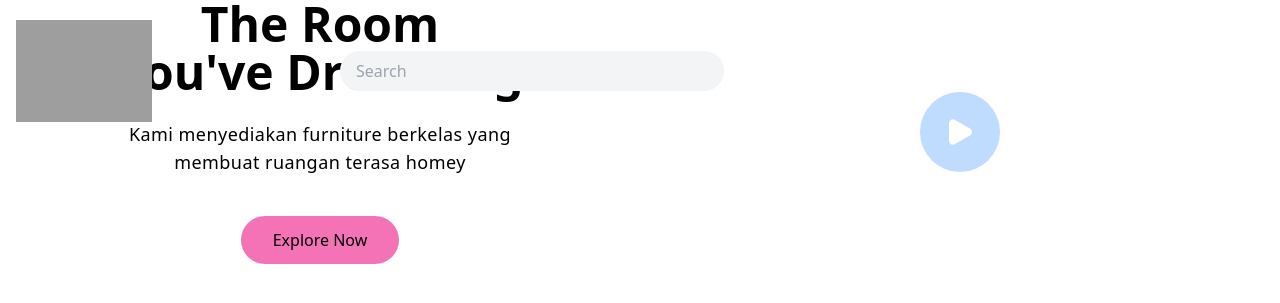
Repository: farrelmuhammad/anime-collections
Page: /
An editor plug-in stored every save of this project. The page is shown before and after the next save, followed by the edit.
The browser window is 1280 px wide. The pictures show the whole page.
Pictures or frames that could not be fetched are drawn as grey boxes. The page's requests for data from a server got no answer. The project was rebuilt for these pictures with package versions that can differ from the ones it lists, and the page was loaded fresh each time. No one was signed in, and anything a server would have sent is missing. Also part of the build but not shown: src/App.css.

Above is the page before, as saved 2023-08-03 23:35:53.

After the next save:
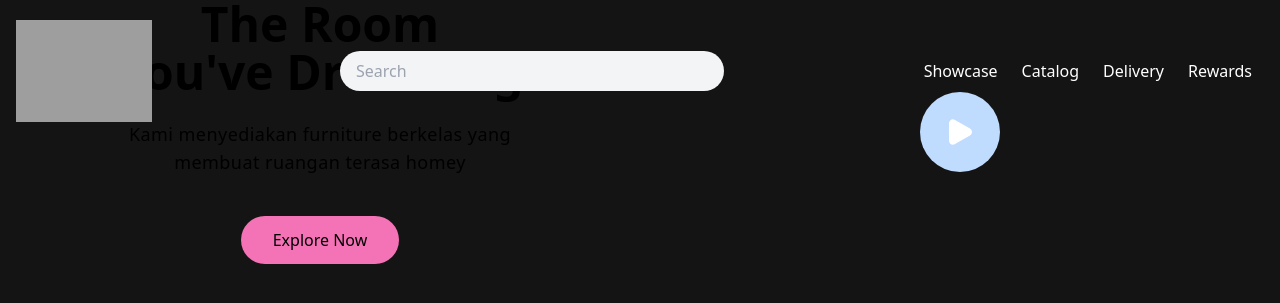
Saved 85 s later.
--- a/src/assets/css/app.css
+++ b/src/assets/css/app.css
@@ -2,6 +2,10 @@
 @tailwind base;
 @tailwind components;
 @tailwind utilities;
+
+body {
+  background-color: #141414;
+}
 
 /* utils */
 
